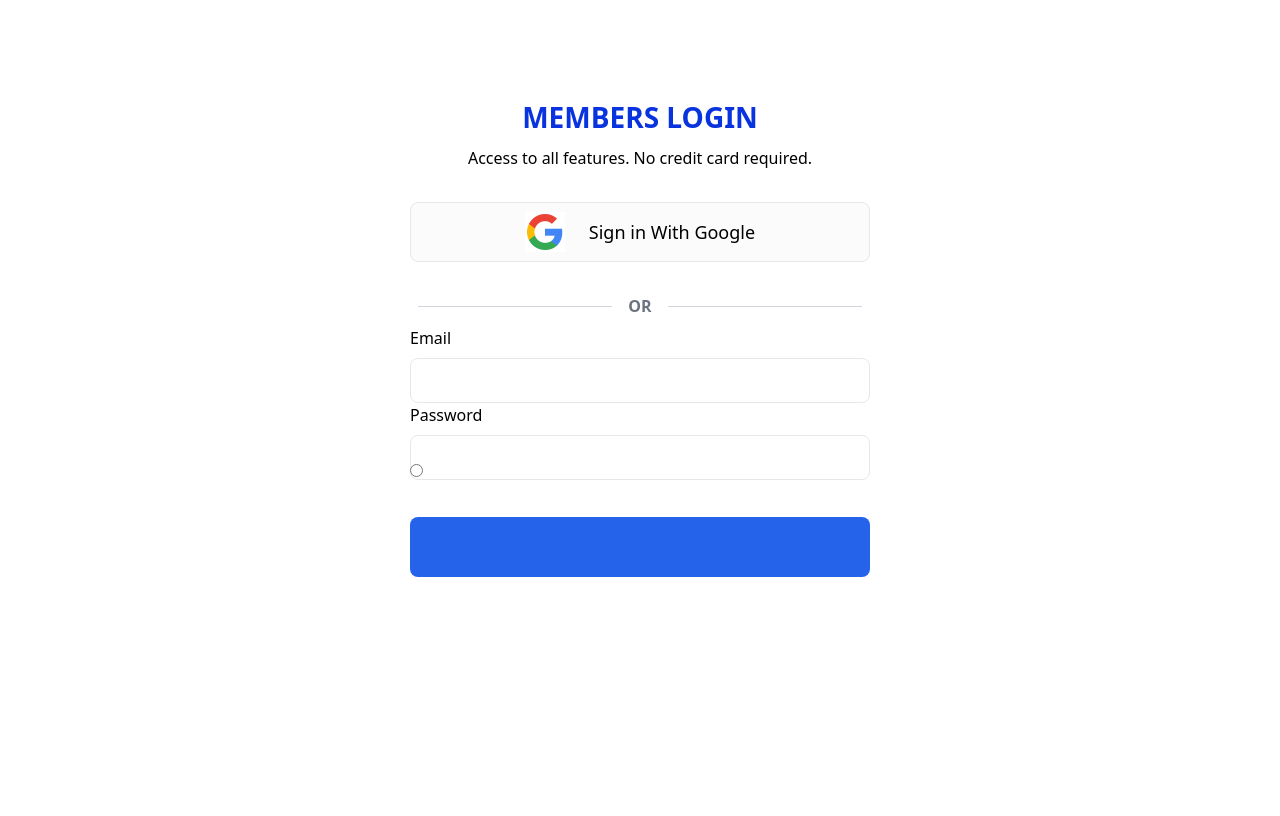
Repository: MaramMaryam/login
Page: login.html
The author's editor kept a copy of each file at every save. The page is drawn from the files as they stood at one save, then again after the next save.
The browser window is 1280 px wide. The pictures show the whole page.
Some web libraries are served in a nearby version.

Above is the page before, as saved 2023-06-29 11:48:33.

### login.html
<!DOCTYPE html>
<html lang="en">
<head>
    <meta charset="UTF-8">
    <meta http-equiv="X-UA-Compatible" content="IE=edge">
    <meta name="viewport" content="width=device-width, initial-scale=1.0">
    <!-- <link href="https://cdn.jsdelivr.net/npm/tailwindcss@2.2.15/dist/tailwind.min.css" rel="stylesheet"> -->
    <script src="https://cdn.tailwindcss.com"></script>
    <title>Login</title>
</head>
<body>
    <section class="flex items-center flex-col min-h-screen mt-24 w-full max-w-[460px] text-left m-auto">
        <h2 class="text-[#0933DF] uppercase font-bold text-[28px]">
            <!-- Login Title -->
            MEMBERS LOGIN
        </h2>
        <p class="font-light mt-2">
            <!-- Login Description -->
            Access to all features. No credit card required.
        </p>
        <button class="w-full h-[60px] bg-[#FBFBFB] border border[#E3E3E3] rounded-lg flex items-center justify-center my-8">
            <!-- Google Icon (SVG or Image tag) -->
            <svg
                class="google-icon" xmlns="http://www.w3.org/2000/svg" xmlns:xlink="http://www.w3.org/1999/xlink"
                width="40" height="40" viewBox="0 0 40 40">
                <image id="g-logo" width="40" height="40"
                    xlink:href="data:[embedded picture, 2386 characters]">
                </image>
            </svg>
            <span class="text-lg font-light ml-6">
                <!-- Google Register Label -->
                Sign in With Google
            </span>
        </button>
        <div class="flex items-center w-full">
            <div class="flex-grow border-t border-gray-300 mx-2"></div>
            <span class="text-gray-500 mx-2 font-semibold">
                <!-- OR Text -->
                OR
            </span>
            <div class="flex-grow border-t border-gray-300 mx-2"></div>
        </div>
        <form class="w-full">
            <div class="h-[45px] my-2 mb-8">
                <div class="flex flex-col">
                    <label class="mb-2">Email</label>
                    <div
                        class="flex bg-white items-center border border-alto-main rounded-[8px] h-[45px]"
                    >
                        <input
                            class="bg-transparent border-none w-full h-full p-2 outline-none"
                        />
                    </div>
                </div>
            </div>
            <div class="h-[45px] my-4">
                <div class="flex flex-col">
                    <label class="mb-2">Password</label>
                    <div
                        class="flex bg-white items-center border border-alto-main rounded-[8px] h-[45px]"
                    >
                        <input
                            class="bg-transparent border-none w-full h-full p-2 outline-none"
                        />
                    </div>
                </div>
                <!-- <input type="email" class="w-full" placeholder="Email"> -->
            </div>
            <div class="flex items-center justify-between my-2">
                <label class="flex items-center">
                    <input type="radio" class="mr-2">
                    <!-- Remember Me Label -->
                </label>
                <a href="/" class="text-blue-600">
                    <!-- Forget Password Label -->
                </a>
            </div>
            <button class="h-[60px] w-full bg-blue-600 hover:opacity-80 mt-8 text-white uppercase rounded-lg" disabled>
                <!-- Login Label -->
            </button>
            <p class="my-8 font-light text-center">
                <!-- Have Account Text -->
                <a href="/register/create" class="text-blue-600 font-normal">
                    <!-- Create Account Label -->
                </a>
            </p>
        </form>
    </section>
</body>
</html>

After the next save:
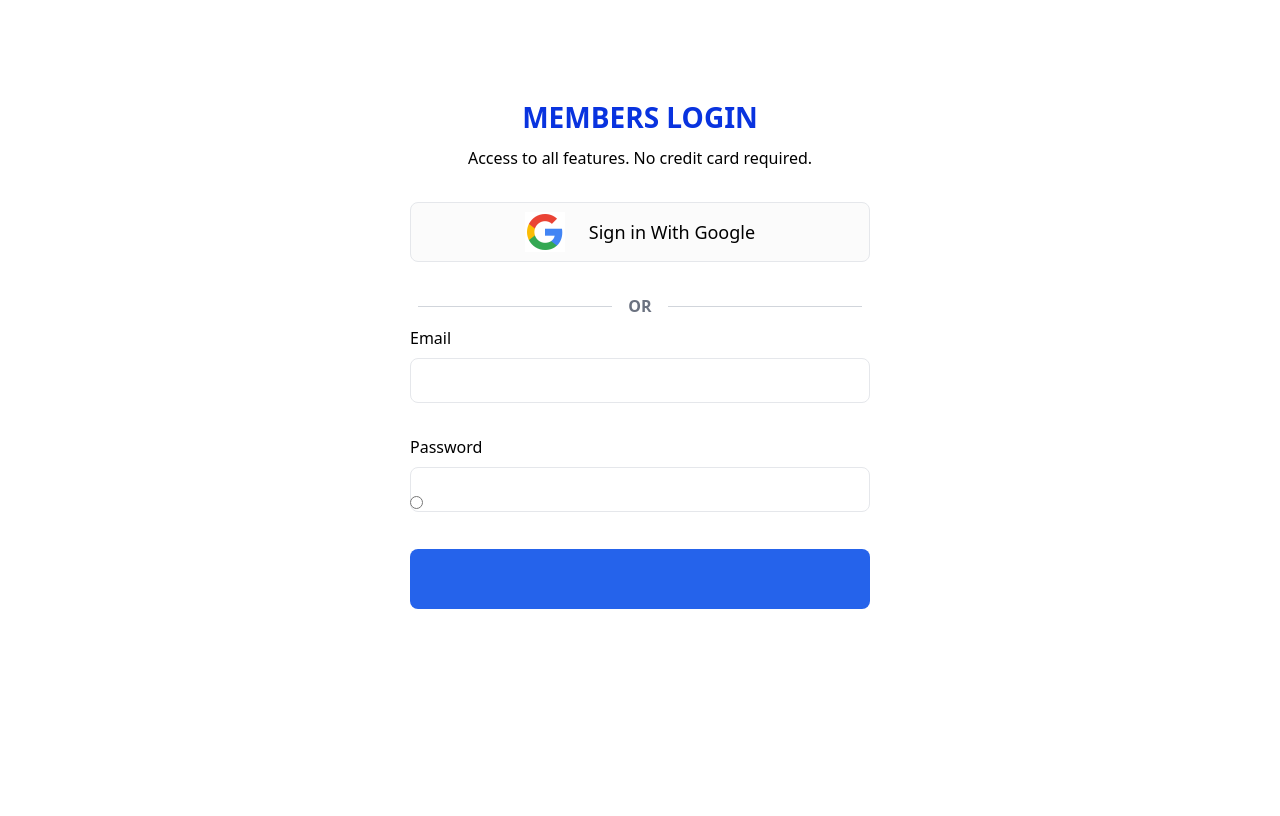
Saved 9 s later.
--- a/login.html
+++ b/login.html
@@ -41,7 +41,7 @@
             <div class="flex-grow border-t border-gray-300 mx-2"></div>
         </div>
         <form class="w-full">
-            <div class="h-[45px] my-2 mb-8">
+            <div class=" my-2 mb-8">
                 <div class="flex flex-col">
                     <label class="mb-2">Email</label>
                     <div
